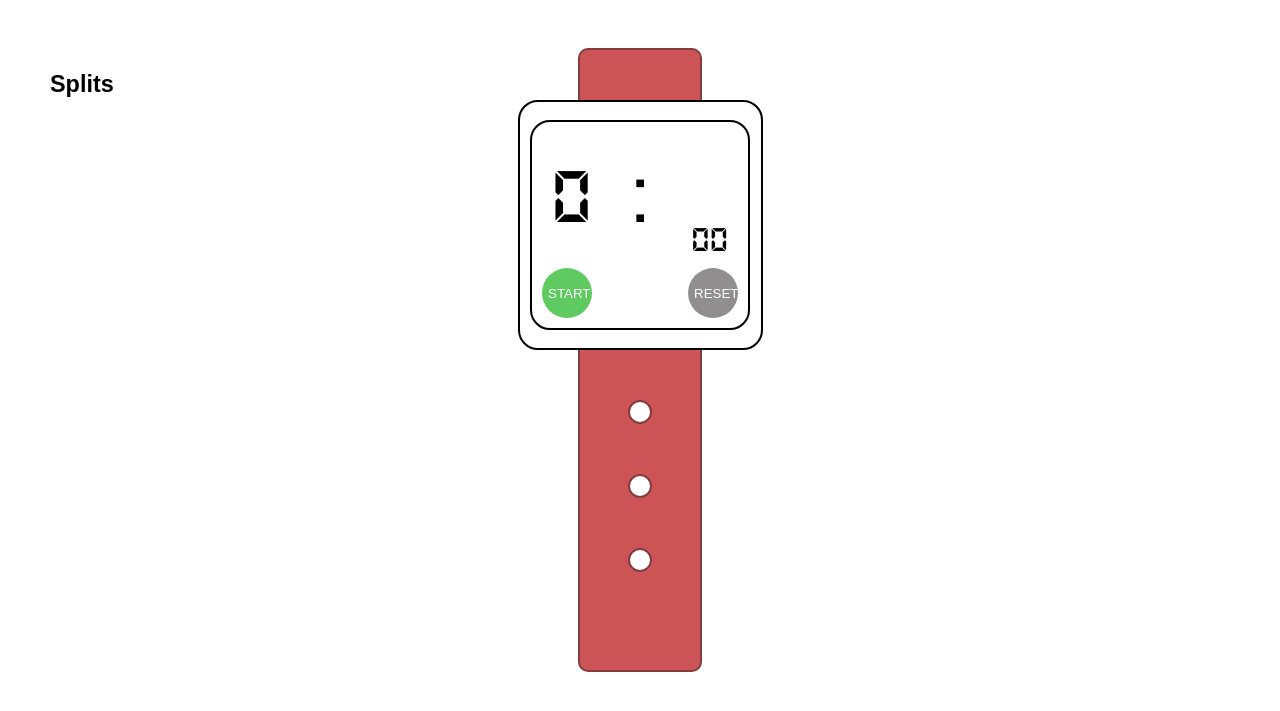
Repository: konstantin0s/lab-chronometer
Page: index.html
An editor plug-in stored every save of this project. The page is shown before and after the next save, followed by the edit.
The browser window is 1280 px wide. The pictures show the whole page.

Above is the page before, as saved 2019-02-05 12:45:52.

After the next save:
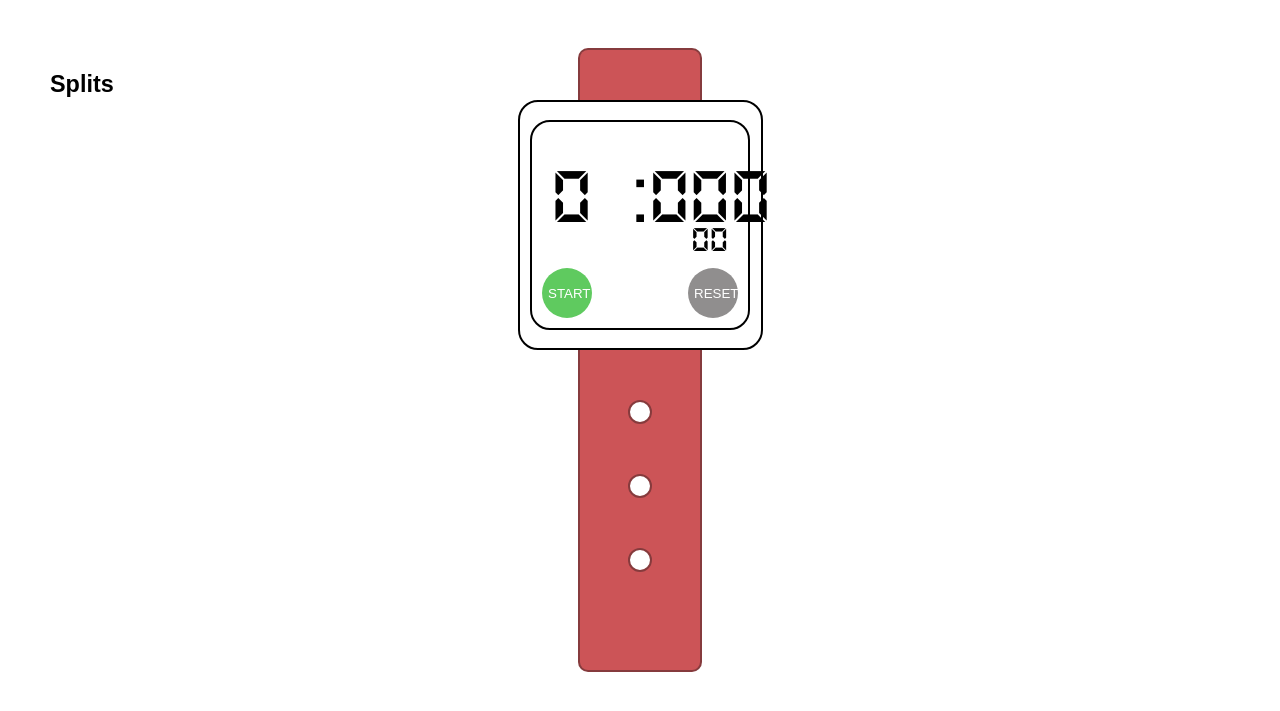
Saved 20 s later.
--- a/javascript/main.js
+++ b/javascript/main.js
@@ -122,7 +122,7 @@
 }
 
 var intervalRef = null;
-
+secDec.innerHTML = "00" + seconds;
  btnLeft.addEventListener("click", function(event) {
    event.preventDefault();
       if (intervalId == 0) { //start if pause

After the 3 saves that followed:
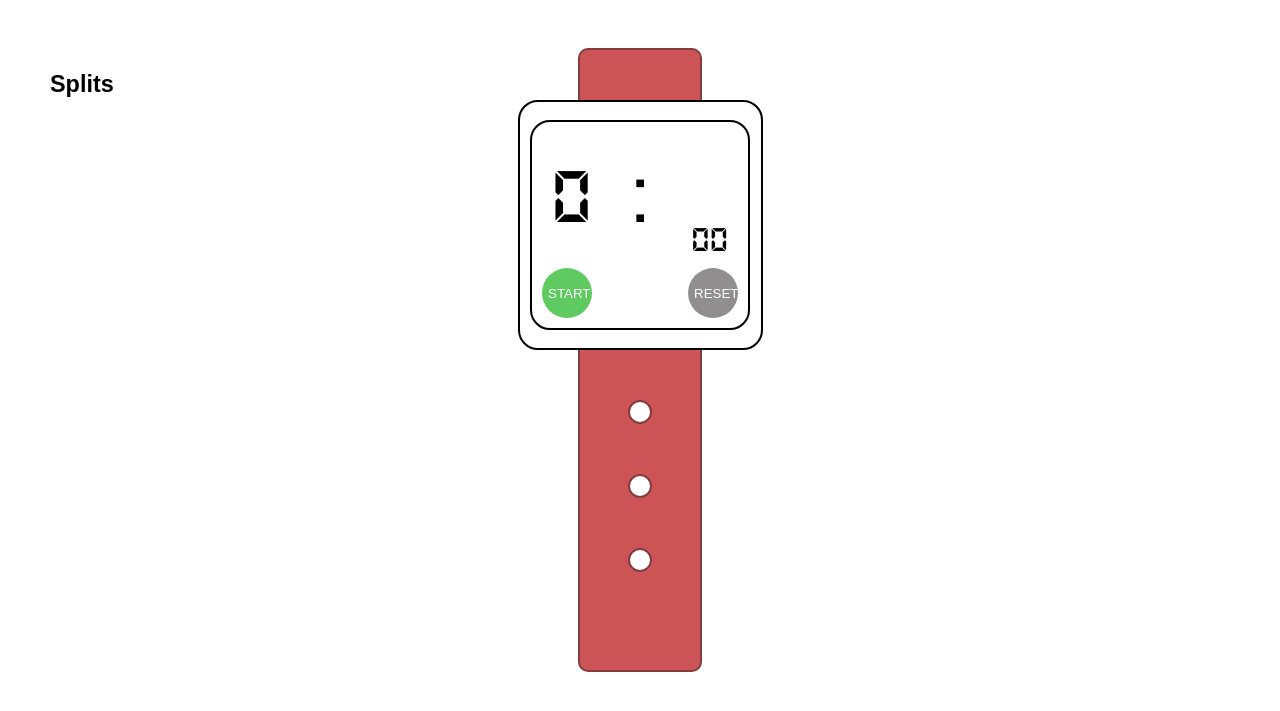
The 3 saves are shown as one change because 1 left the picture as it was and some came seconds apart.
The last was saved 25 s later.
--- a/javascript/main.js
+++ b/javascript/main.js
@@ -122,13 +122,13 @@
 }
 
 var intervalRef = null;
-secDec.innerHTML = "00" + seconds;
+// secDec.innerHTML = "00" + seconds;
  btnLeft.addEventListener("click", function(event) {
    event.preventDefault();
       if (intervalId == 0) { //start if pause
          intervalRef = setInterval(function() {
          intervalId = 1;
-         secDec.innerHTML = "00" + seconds;
+        //  secDec.innerHTML = "00" + seconds;
          seconds++;
         //  if ()
          secDec.innerHTML = twoDigits(seconds);
@@ -139,7 +139,7 @@
          minDec.innerText = twoDigits(minutes);
       console.log("This is: " + intervalRef);
 
-        secDec.innerText = "0" + seconds;
+        secDec.innerText = "00" + seconds;
 
      if (minDec === 60) {
          minutes = 0;
